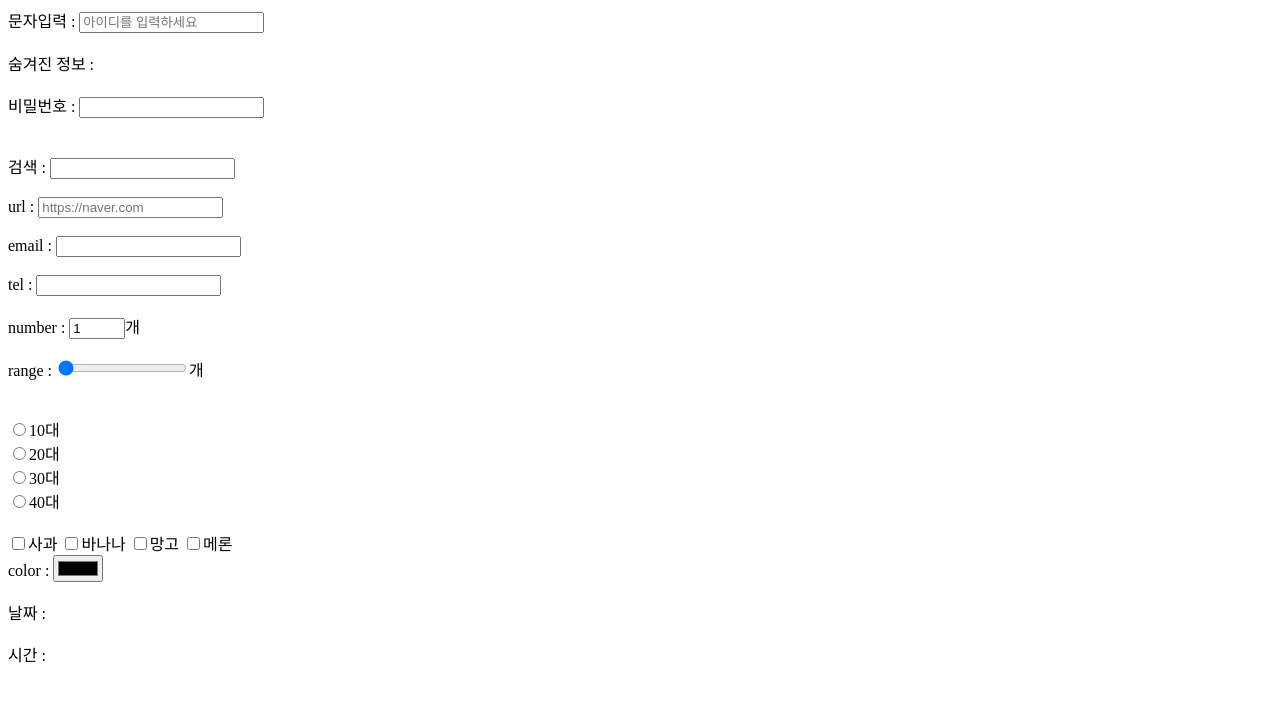
Repository: jaehyeon0418/workspace123
Page: w1025/src/webapp/w1025_07.html
An editor plug-in stored every save of this project. The page is shown before and after the next save, followed by the edit.
The browser window is 1280 px wide. The pictures show the whole page.

Above is the page before, as saved 2022-10-25 03:26:53.

### w1025/src/webapp/w1025_07.html
<!DOCTYPE html>
<html>
<head>
<meta charset="UTF-8">
<title>Insert title here</title>
</head>
<body>

<!-- 사용자로부터 값을 입력받을 수 있는 태그

기본값은 text

-->
문자입력 : <input type = "text" name="id" placeholder = "아이디를 입력하세요" maxlength ="5"> <br><br>
숨겨진 정보 : <input type = "hidden" name="id" value = "192.168.0.12"><br><br>
비밀번호 : <input type = "password" name="pwd"> <br><br>

<br>

검색 : <input type = "search" name="search"> <br><br>
url : <input type = "url" placeholder="https://naver.com"><br><br>
email : <input type = "email" name="email"><br><br>
tel : <input type = "tel" name="tel"><br><br>
number : <input type = "number" name = "num" min="1" max="10" value="1">개<br><br>
range : <input type = "range" name = "range" min="1" max="10" value="1">개<br><br>

<br>

<input type = "radio" name = "ages" value = "teenage">10대<br>
<input type = "radio" name = "ages" value = "twenties">20대<br>
<input type = "radio" name = "ages" value = "thirties">30대<br>
<input type = "radio" name = "ages" value = "forties">40대<br>

<br>

<input type ="checkbox" name = "fruit1" value = "apple">사과
<input type ="checkbox" name = "fruit2" value = "banana">바나나
<input type ="checkbox" name = "fruit3" value = "mango">망고
<input type ="checkbox" name = "fruit4" value = "melon">메론

<br>

color : <input color type = "color" name = "color"><br><br>
날짜 : <inpur type = "date" name = "bday"><br><br>
시간 : <inpur type = "time" name = "time"><br><br>


</body>
</html>

After the next save:
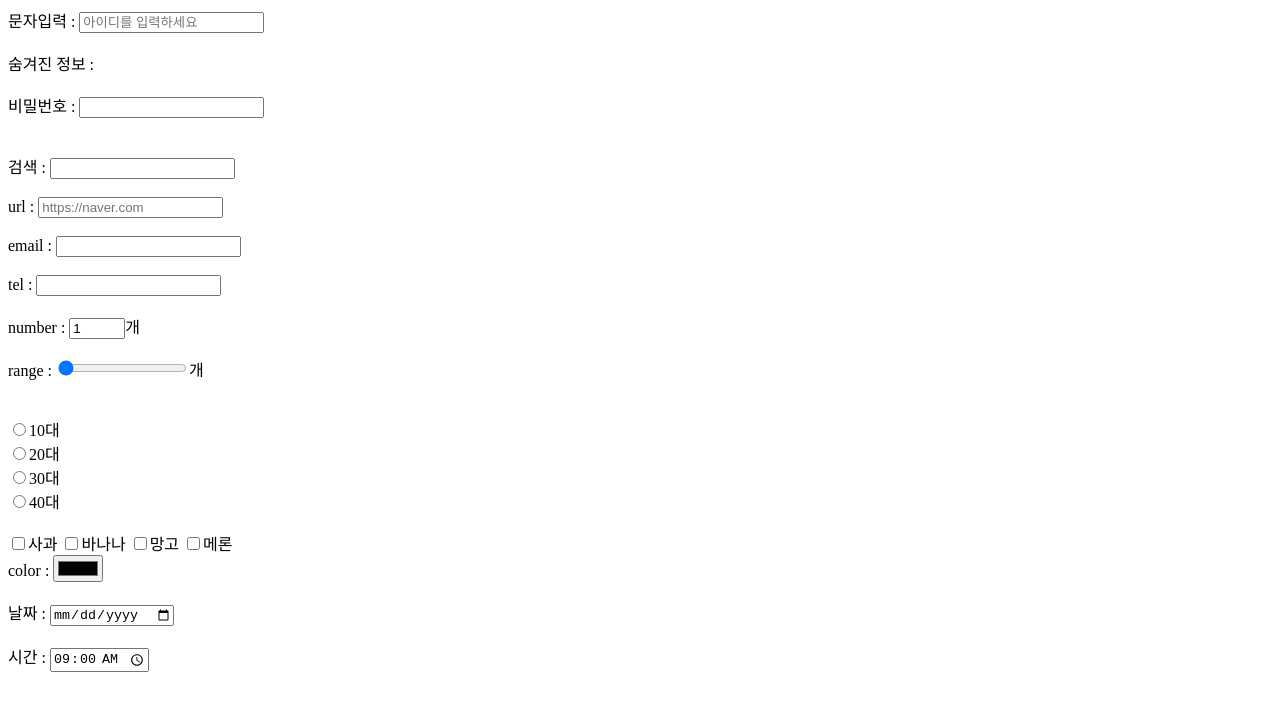
Saved 32 s later.
--- a/w1025/src/webapp/w1025_07.html
+++ b/w1025/src/webapp/w1025_07.html
@@ -41,8 +41,8 @@
 <br>
 
 color : <input color type = "color" name = "color"><br><br>
-날짜 : <inpur type = "date" name = "bday"><br><br>
-시간 : <inpur type = "time" name = "time"><br><br>
+날짜 : <input type = "date" name = "bday"><br><br>
+시간 : <input type = "time" name = "time" value = "09:00"><br><br>
 
 
 </body>
